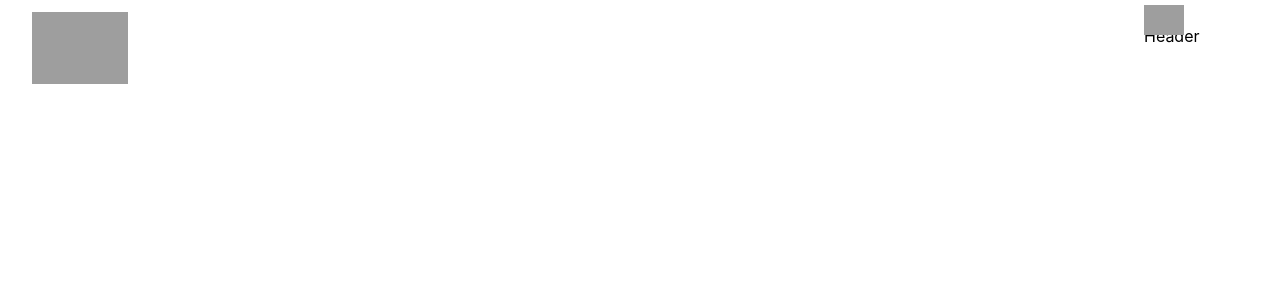
Repository: SehajBindra/insta--clone
Page: /
The author's editor kept a copy of each file at every save. The page is drawn from the files as they stood at one save, then again after the next save.
The browser window is 1280 px wide. The pictures show the whole page.
Pictures or frames that could not be fetched are drawn as grey boxes. The project was rebuilt for these pictures with package versions that can differ from the ones it lists, and the page was loaded fresh each time. The framework's server and built-in components were replaced by stand-ins that run in the browser. Also part of the build but not shown: next.config.js.

Above is the page before, as saved 2022-04-11 01:15:58.

After the next save:
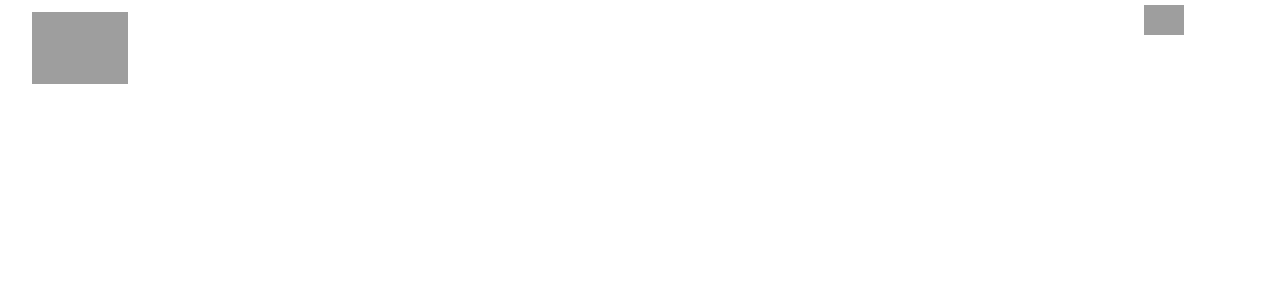
Saved 15 s later.
--- a/components/Header.js
+++ b/components/Header.js
@@ -11,7 +11,7 @@
 
     <div className=' relative w-10 h-10'>
     <Image src= "https://links.papareact.com/jjm" layout="fill" objectFit='contain' />
-    <h1>I am Header</h1>
+
     </div>
 
     </div>
